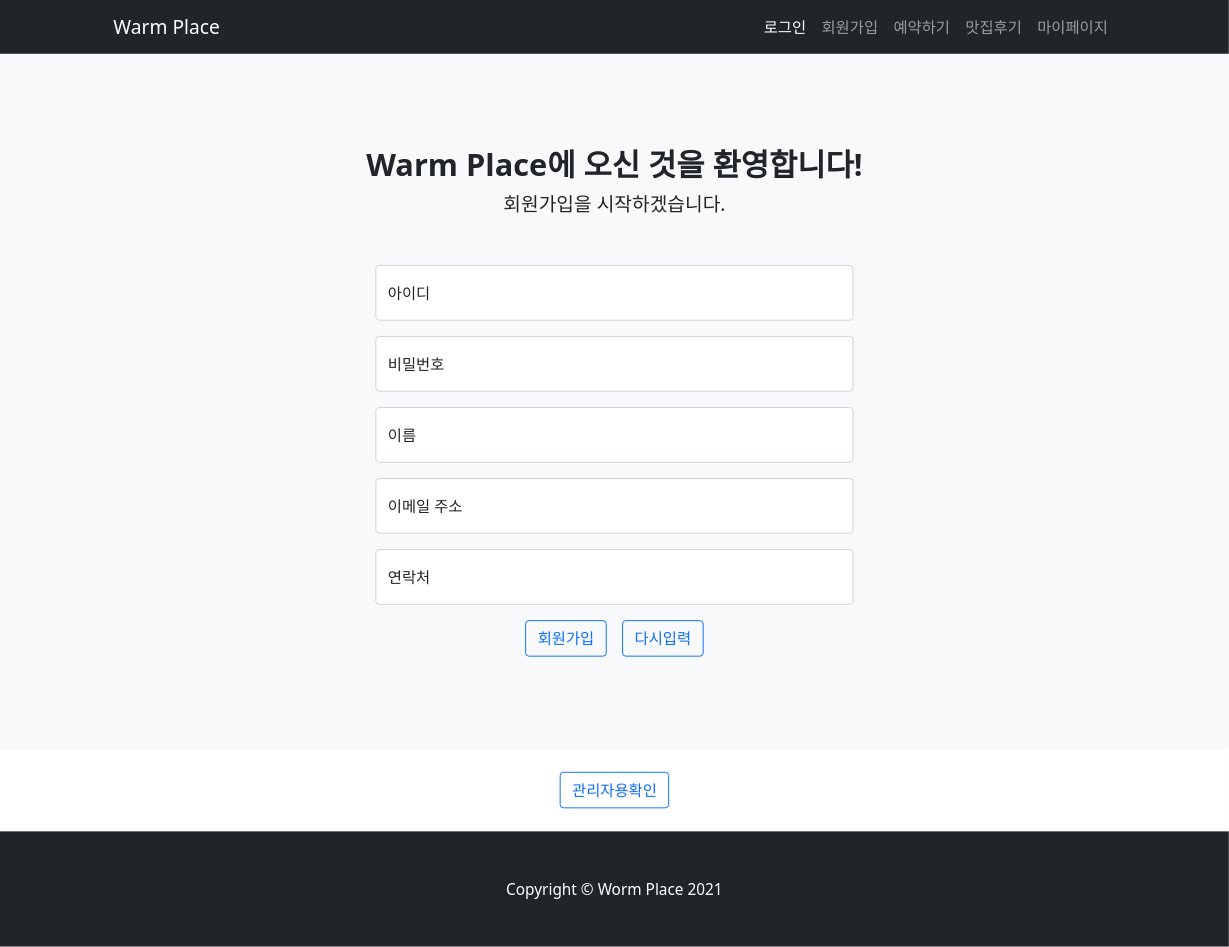
Repository: jaunnnngs/HackaTone
Page: http://localhost/StunProjects/St_Join/st_userJoin.jsp
These files come from the project's save history. The page is drawn as it stood at one moment and after the next save; the edit follows.
The browser window is 1280 px wide. The pictures show the whole page, at 96% of full size.
Some web libraries are served in a nearby version. The page is served by Tomcat 9. Other server files are loaded and not shown.

Above is the page before, as saved 2021-08-12 02:18:17.

### STUN_TEAM/StunProjects/src/main/webapp/St_Join/st_userJoin.jsp
<%@ page language="java" contentType="text/html; charset=UTF-8" pageEncoding="UTF-8"%>

<!DOCTYPE html>
<html>
        <head>
        <meta charset="utf-8" />
        <meta name="viewport" content="width=device-width, initial-scale=1, shrink-to-fit=no" />
        <meta name="description" content="" />
        <meta name="author" content="" />
        <title>Warm Place_main</title>
        <!-- Favicon-->
        <link rel="icon" type="image/x-icon" href="assets/favicon.ico" />
        <!-- Bootstrap icons-->
        <link href="https://cdn.jsdelivr.net/npm/bootstrap-icons@1.4.1/font/bootstrap-icons.css" rel="stylesheet" />
        <!-- Core theme CSS (includes Bootstrap)-->
        <link href="css/styles.css" rel="stylesheet" />
    </head>
    <body>
    <form action="./st_userJoinAction.jsp"method="post">
   <%
	// 현재 세션 상태를 체크한다
	String userID = null;
	if (session.getAttribute("userID") != null) {
		userID = (String) session.getAttribute("userID");
	}
	%>

        <!-- Responsive navbar-->
        <nav class="navbar navbar-expand-lg navbar-dark bg-dark">
            <div class="container px-5">
                <a class="navbar-brand" href="../St_Join/main.jsp">Warm Place</a>
                <button class="navbar-toggler" type="button" data-bs-toggle="collapse" data-bs-target="#navbarSupportedContent" aria-controls="navbarSupportedContent" aria-expanded="false" aria-label="Toggle navigation"><span class="navbar-toggler-icon"></span></button>
                 <div class="collapse navbar-collapse" id="navbarSupportedContent">
                 <%
					// 로그인 하지 않았을 때 보여지는 화면
					if(userID == null){
				%>
                    <ul class="navbar-nav ms-auto mb-2 mb-lg-0">
                        <li class="nav-item"><a class="nav-link active" aria-current="page" href="../St_board/login.jsp">로그인</a></li>
                        <li class="nav-item"><a class="nav-link" href="../St_Join/st_userJoin.jsp">회원가입</a></li>
                        <li class="nav-item"><a class="nav-link" href="../St_Reservation/map.jsp">예약하기</a></li>
                        <li class="nav-item"><a class="nav-link" href="../St_board/bbs.jsp">맛집후기</a></li>
                        <li class="nav-item"><a class="nav-link" href="#!">마이페이지</a></li>
                    </ul>
				<%
				// 로그인이 되어 있는 상태에서 보여주는 화면
					}else{
				%>
                    <ul class="navbar-nav ms-auto mb-2 mb-lg-0">
                        <li class="nav-item"><a class="nav-link active" aria-current="page" href="../St_board/logoutAction.jsp">로그아웃</a></li>
                        <li class="nav-item"><a class="nav-link" href="../St_Join/st_userJoin.jsp">회원가입</a></li>
                        <li class="nav-item"><a class="nav-link" href="../St_Reservation/map.jsp">예약하기</a></li>
                        <li class="nav-item"><a class="nav-link" href="../St_board/bbs.jsp">맛집후기</a></li>
                        <li class="nav-item"><a class="nav-link" href="#!">마이페이지</a></li>
                    </ul>
                    <%
				}
			%>
                </div>
            </div>
        </nav>
	    <!-- 회원가입 섹션-->
       <section class="bg-light py-5">
            <div class="container px-5 my-5 px-5">
                <div class="text-center mb-5">
                    <h2 class="fw-bolder">Warm Place에 오신 것을 환영합니다!</h2>
                    <p class="lead mb-0">회원가입을 시작하겠습니다.</p>
                </div>
                <div class="row gx-5 justify-content-center">
                    <div class="col-lg-6">
                        <!-- * * * * * * * * * * * * * * *-->
                        <!-- * * SB Forms Contact Form * *-->
                        <!-- * * * * * * * * * * * * * * *-->
                        <!-- This form is pre-integrated with SB Forms.-->
                        <!-- To make this form functional, sign up at-->
                        <!-- https://startbootstrap.com/solution/contact-forms-->
                        <!-- to get an API token!-->
                        <form id="contactForm" data-sb-form-api-token="API_TOKEN">
                            <!-- userID input-->
                            <div class="form-floating mb-3">
                                 <input class="form-control" name="userID" id="userID" type="text" placeholder="Enter your ID..." data-sb-validations="required" />
                                 <label for="userID">아이디</label>
                                <div class="invalid-feedback" data-sb-feedback="userID:required">A userID is required.</div>
                            </div>
                            <!-- userPassword input-->
                            <div class="form-floating mb-3">
                                <input class="form-control" name="userPassword" id="userPassword" type="password" placeholder="Enter your password..." data-sb-validations="required,email" />
                                <label for="userPassword">비밀번호</label>
                                <div class="invalid-feedback" data-sb-feedback="password:required">A password is required.</div>
                                <div class="invalid-feedback" data-sb-feedback="password:password">Password is not valid.</div>
                            </div>
                            <!-- Name input-->
                            <div class="form-floating mb-3">
                                <input class="form-control" name="name" id="name" type="text" placeholder="Enter your name..." data-sb-validations="required" />
                                <label for="name">이름</label>
                                <div class="invalid-feedback" data-sb-feedback="name:required">A name is required.</div>
                            </div>
                            <!-- Email address input-->
                            <div class="form-floating mb-3">
                                <input class="form-control" name="email" id="email" type="email" placeholder="name@example.com" data-sb-validations="required,email" />
                                <label for="email">이메일 주소</label>
                                <div class="invalid-feedback" data-sb-feedback="email:required">An email is required.</div>
                                <div class="invalid-feedback" data-sb-feedback="email:email">Email is not valid.</div>
                            </div>

                            <!-- Phone number input-->
                            <div class="form-floating mb-3">
                                <input class="form-control" name="number" id="phonenumber" type="phonenumber" placeholder="(123) 456-7890" data-sb-validations="required" />
                                <label for="phonenumber">연락처</label>
                                <div class="invalid-feedback" data-sb-feedback="phonenumber:required">A phone number is required.</div>
                            </div>


                            <!-- 제출 성공시 뜨는 메세지-->
                            <!---->
                            <!-- This is what your users will see when the form-->
                            <!-- has successfully submitted-->
                            <div class="d-none" id="submitSuccessMessage">
                                <div class="text-center mb-3">
                                    <div class="fw-bolder">Form submission successful!</div>
                                    To activate this form, sign up at
                                    <br />
                                    <a href="https://startbootstrap.com/solution/contact-forms">https://startbootstrap.com/solution/contact-forms</a>
                                </div>
                            </div>
                            <!-- 제출 에러 메세지-->
                            <!---->
                            <!-- This is what your users will see when there is-->
                            <!-- an error submitting the form-->
                            <div class="d-none" id="submitErrorMessage"><div class="text-center text-danger mb-3">Error sending message!</div></div>
                            <!--마지막 버튼!  -->
                            <div class="d-grid gap-3 d-sm-flex justify-content-sm-center">
							<input class="btn btn-outline-primary" type="submit" value="회원가입">
							<input class="btn btn-outline-primary" type="reset" value="다시입력"></div>

		</form>

          </div></div></div></section></form>

                       <div><br></div>

     <!-- 디비확인용 버튼 -->
     <form action="./UseStunDB.jsp" method="post">
     <div class="d-grid gap-3 d-sm-flex justify-content-sm-center">
     <input class="btn btn-outline-primary" type="submit" value="관리자용확인"></div>
	 </form>
  <div><br></div>

    <!-- 하단화면r-->

        <footer class="py-5 bg-dark">
            <div class="container px-5"><p class="m-0 text-center text-white">Copyright &copy; Worm Place 2021</p></div>
        </footer>
        <!-- Bootstrap core JS-->
        <script src="https://cdn.jsdelivr.net/npm/bootstrap@5.0.2/dist/js/bootstrap.bundle.min.js"></script>
        <!-- Core theme JS-->
        <script src="js/scripts.js"></script>
        <!-- * * * * * * * * * * * * * * * * * * * * * * * * * * * * * * * * * * * * * * * *-->
        <!-- * *                               SB Forms JS                               * *-->
        <!-- * * Activate your form at https://startbootstrap.com/solution/contact-forms * *-->
        <!-- * * * * * * * * * * * * * * * * * * * * * * * * * * * * * * * * * * * * * * * *-->
        <script src="https://cdn.startbootstrap.com/sb-forms-latest.js"></script>
    </body>

### STUN_TEAM/StunProjects/src/main/webapp/St_Join/js/scripts.js
/*!
* Start Bootstrap - Business Frontpage v5.0.3 (https://startbootstrap.com/template/business-frontpage)
* Copyright 2013-2021 Start Bootstrap
* Licensed under MIT (https://github.com/StartBootstrap/startbootstrap-business-frontpage/blob/master/LICENSE)
*/
// This file is intentionally blank
// Use this file to add JavaScript to your project

Loaded but not shown: STUN_TEAM/StunProjects/src/main/webapp/St_Join/css/styles.css (library)

After the next save:
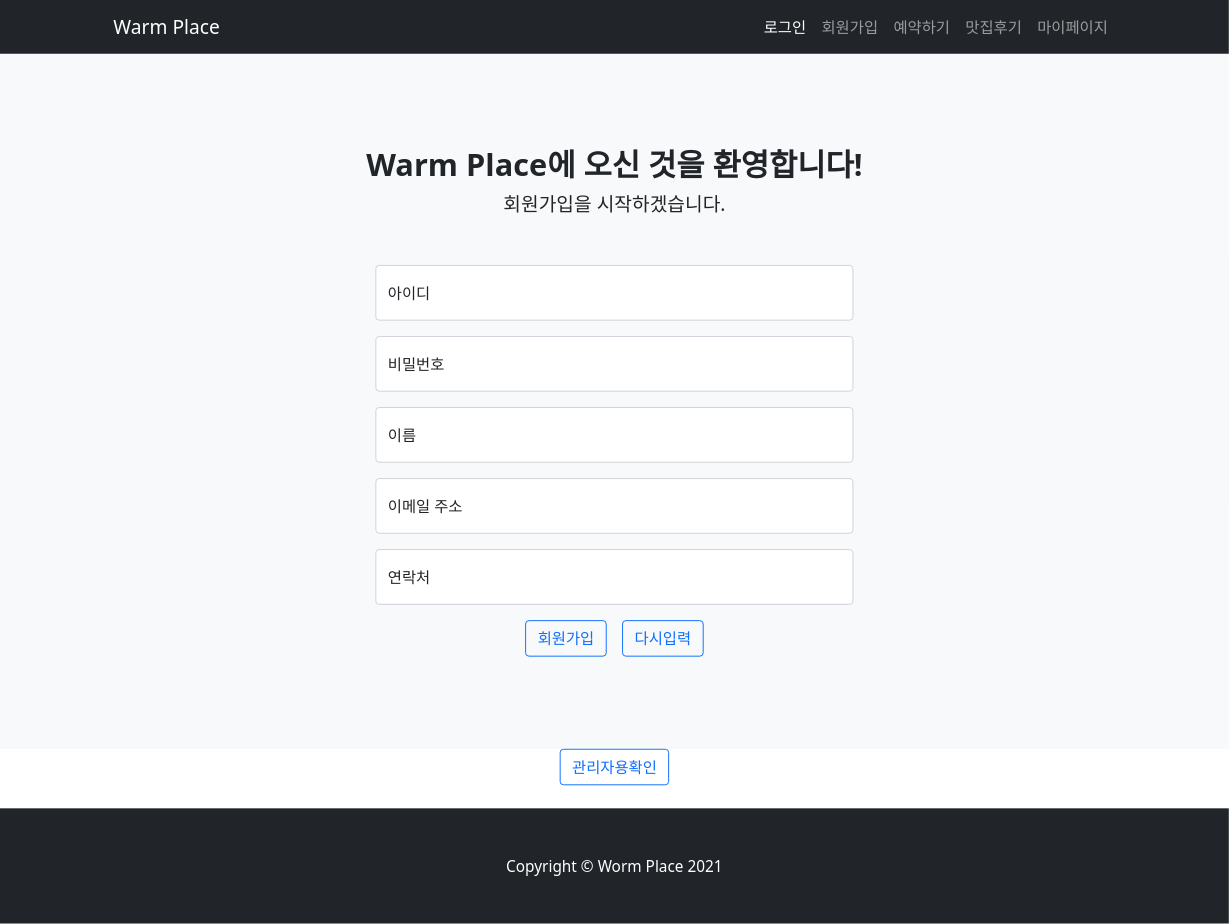
Saved 74 s later.
--- a/STUN_TEAM/StunProjects/src/main/webapp/St_Join/st_userJoin.jsp
+++ b/STUN_TEAM/StunProjects/src/main/webapp/St_Join/st_userJoin.jsp
@@ -137,7 +137,7 @@
 
           </div></div></div></section></form>
 
-                       <div><br></div>
+
 
      <!-- 디비확인용 버튼 -->
      <form action="./UseStunDB.jsp" method="post">
